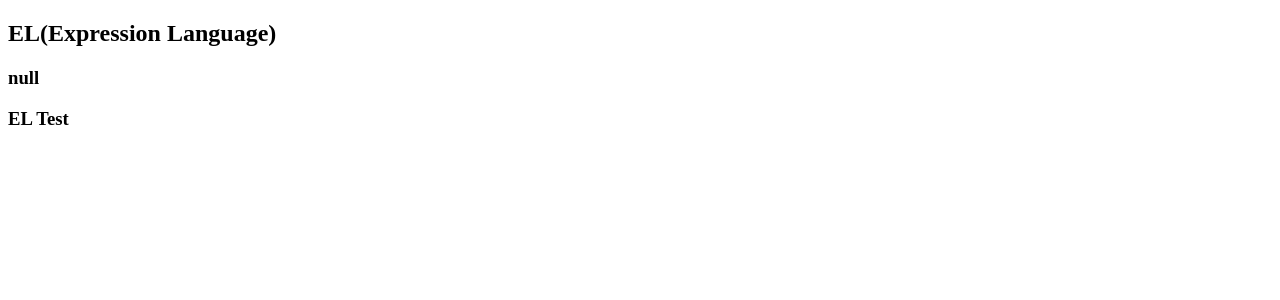
Repository: daehyuk1231/lect_labs_java
Page: http://localhost/java_web/el.jsp
These files come from the project's save history. The page is drawn as it stood at one moment and after the next save; the edit follows.
The browser window is 1280 px wide. The pictures show the whole page.
The page is served by Tomcat 10.

Above is the page before, as saved 2025-08-18 01:29:03.

After the next save:
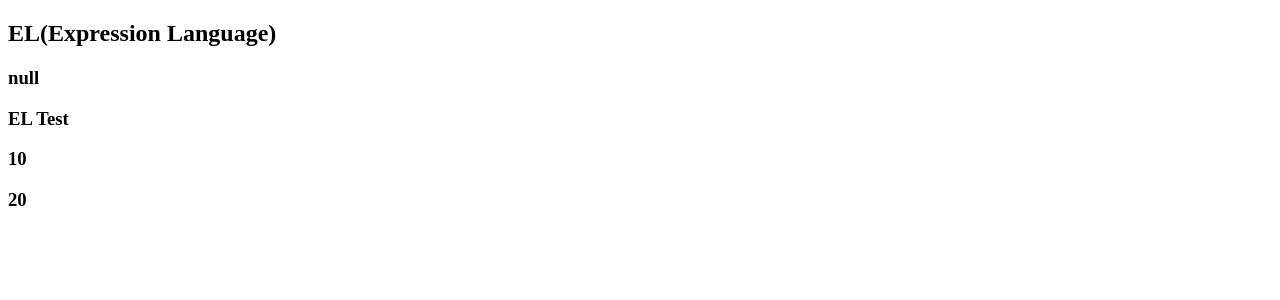
Saved 2 min 7 s later.
--- a/java_web/src/main/webapp/el.jsp
+++ b/java_web/src/main/webapp/el.jsp
@@ -17,5 +17,7 @@
 	<h3><%=name1%></h3>
 	<h3>${param.name }</h3>
 	<h3>${sessionScope.msg }</h3>
+	<h3>${a }</h3>
+	<h3>${a + 10}</h3>
 </body>
 </html>
